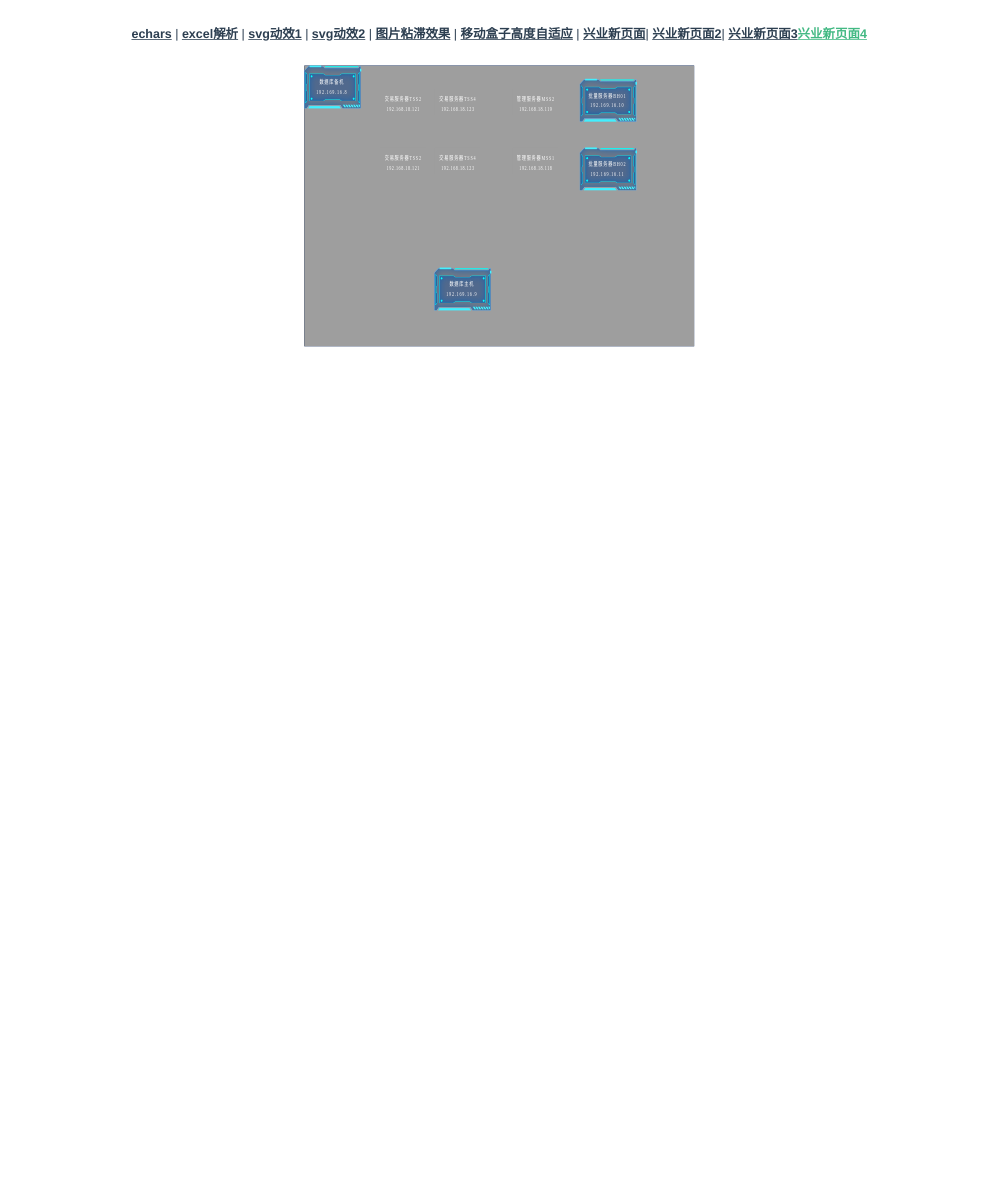
Repository: dmj199811/animation-dmj
Page: /#/work-page6
An editor plug-in stored every save of this project. The page is shown before and after the next save, followed by the edit.
The browser window is 1280 px wide. The pictures show the whole page, at 78% of full size.
Pictures or frames that could not be fetched are drawn as grey boxes. The project was rebuilt for these pictures with package versions that can differ from the ones it lists, and the page was loaded fresh each time.

Above is the page before, as saved 2020-07-02 16:12:09.

After the next save:
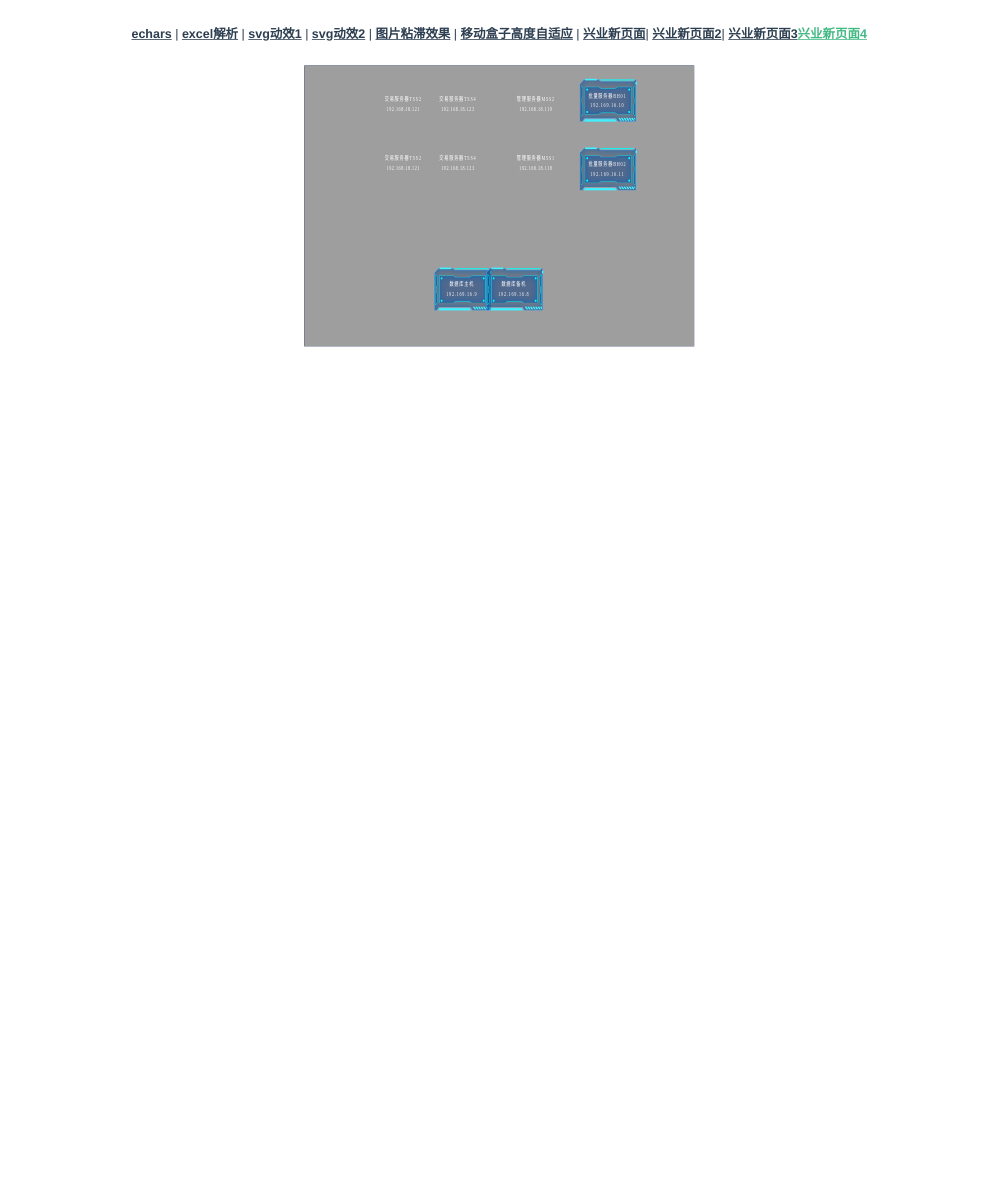
Saved 24 s later.
--- a/src/views/newPage4/index.vue
+++ b/src/views/newPage4/index.vue
@@ -248,4 +248,10 @@ export default {
   left: 500px;
 }
 
+.batch-pos4 {
+  position: absolute;
+  top: 518px;
+  left: 700px;
+}
+
 </style>
